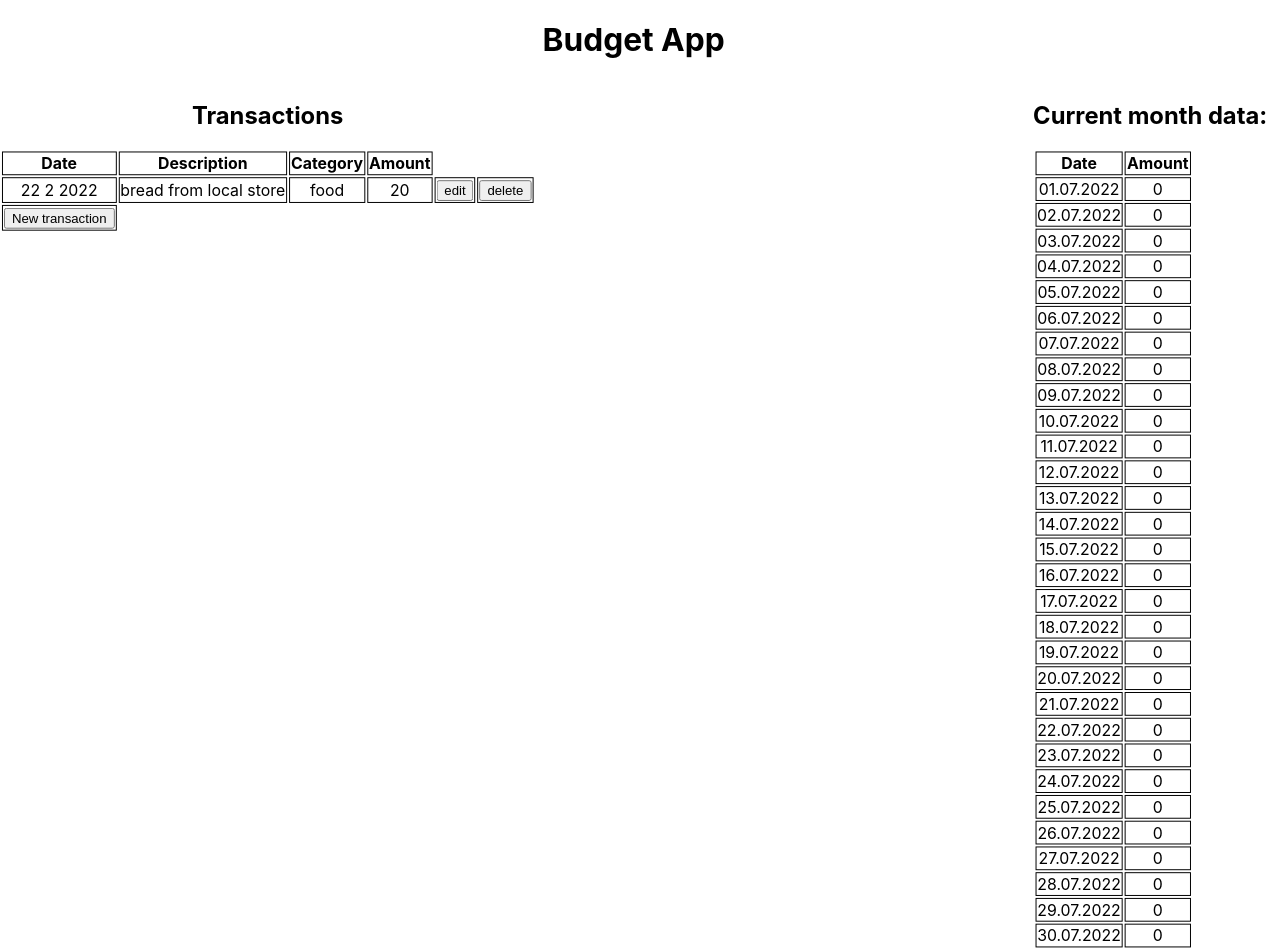
Repository: matveisch/budget-app
Page: /
These files come from the project's save history. The page is drawn as it stood at one moment and after the next save; the edit follows.
The browser window is 1280 px wide. The pictures show the whole page, at 99% of full size.
The project was rebuilt for these pictures with package versions that can differ from the ones it lists, and the page was loaded fresh each time.

Above is the page before, as saved 2022-07-21 15:37:38.

After the next save:
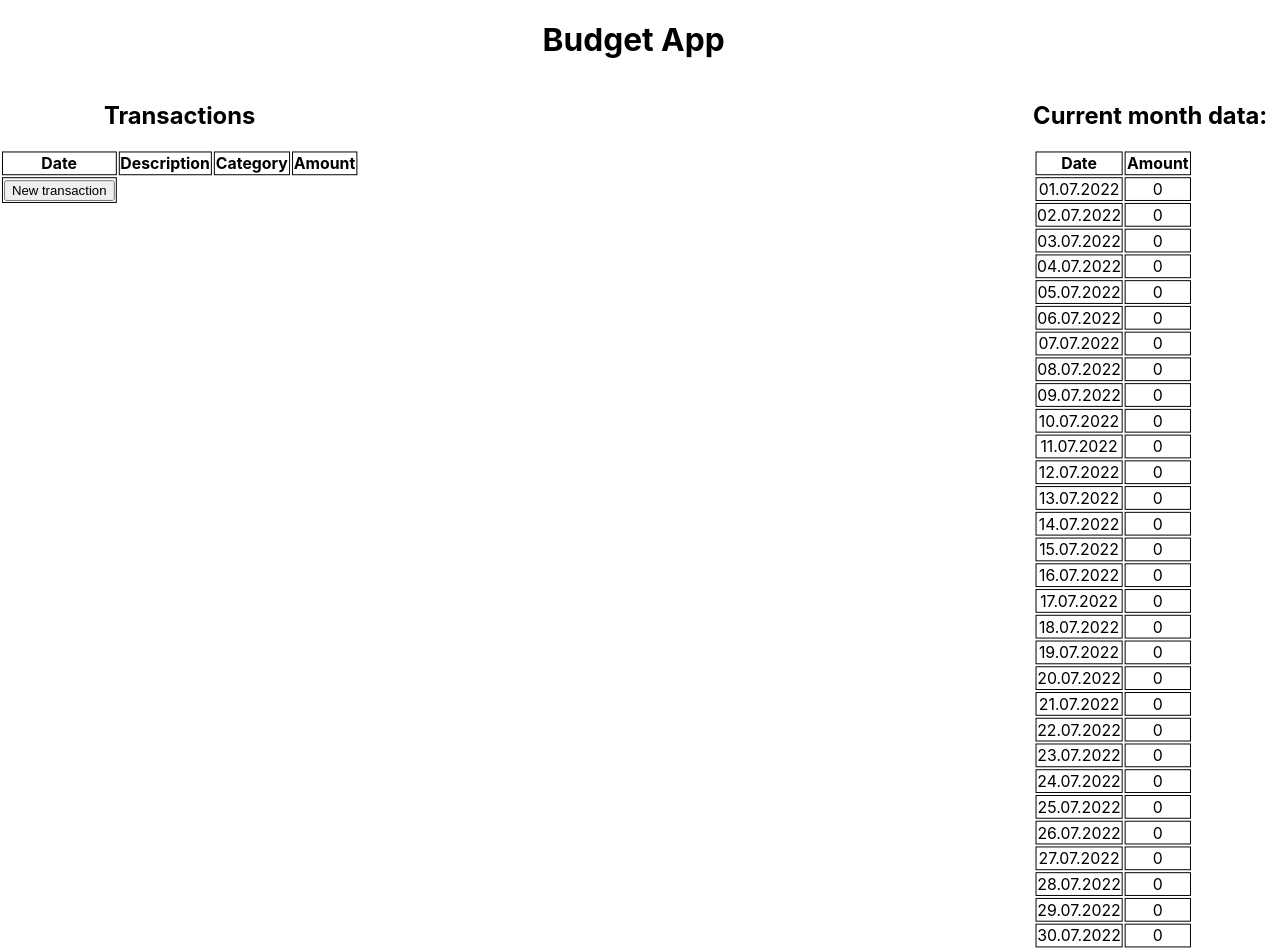
Saved 66 s later.
--- a/src/components/TransactionsList/TransactionsList.tsx
+++ b/src/components/TransactionsList/TransactionsList.tsx
@@ -22,7 +22,7 @@ const TransactionsList = (props: TransactionsProps) => {
                 </tr>
             </thead>
             <tbody>
-                {props.transactions.filter(transaction => new Date(transaction.date)).map((item: Transaction, index: number) => {
+                {props.transactions.filter(transaction => new Date(transaction.date).getMonth() === new Date().getMonth()).map((item: Transaction, index: number) => {
                     return (
                         <SingleTransaction id={item.id} amount={item.amount} note={item.note} category={item.category} date={item.date} key={index}/>
                     )
